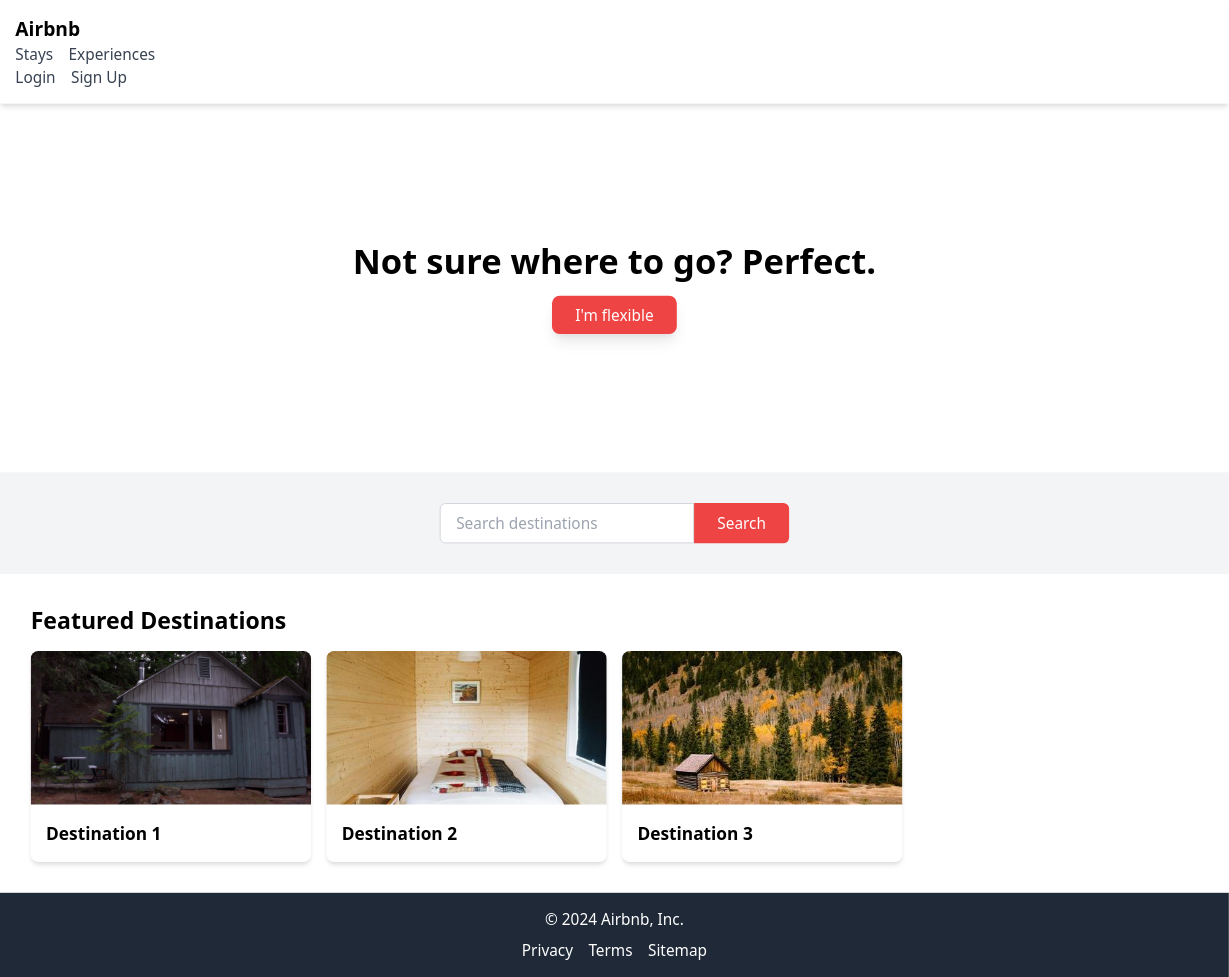
Repository: rmdayberry/Airbnb-Clone
Page: index.html
An editor plug-in stored every save of this project. The page is shown before and after the next save, followed by the edit.
The browser window is 1280 px wide. The pictures show the whole page, at 96% of full size.

Above is the page before, as saved 2024-08-13 21:10:15.

After the next save:
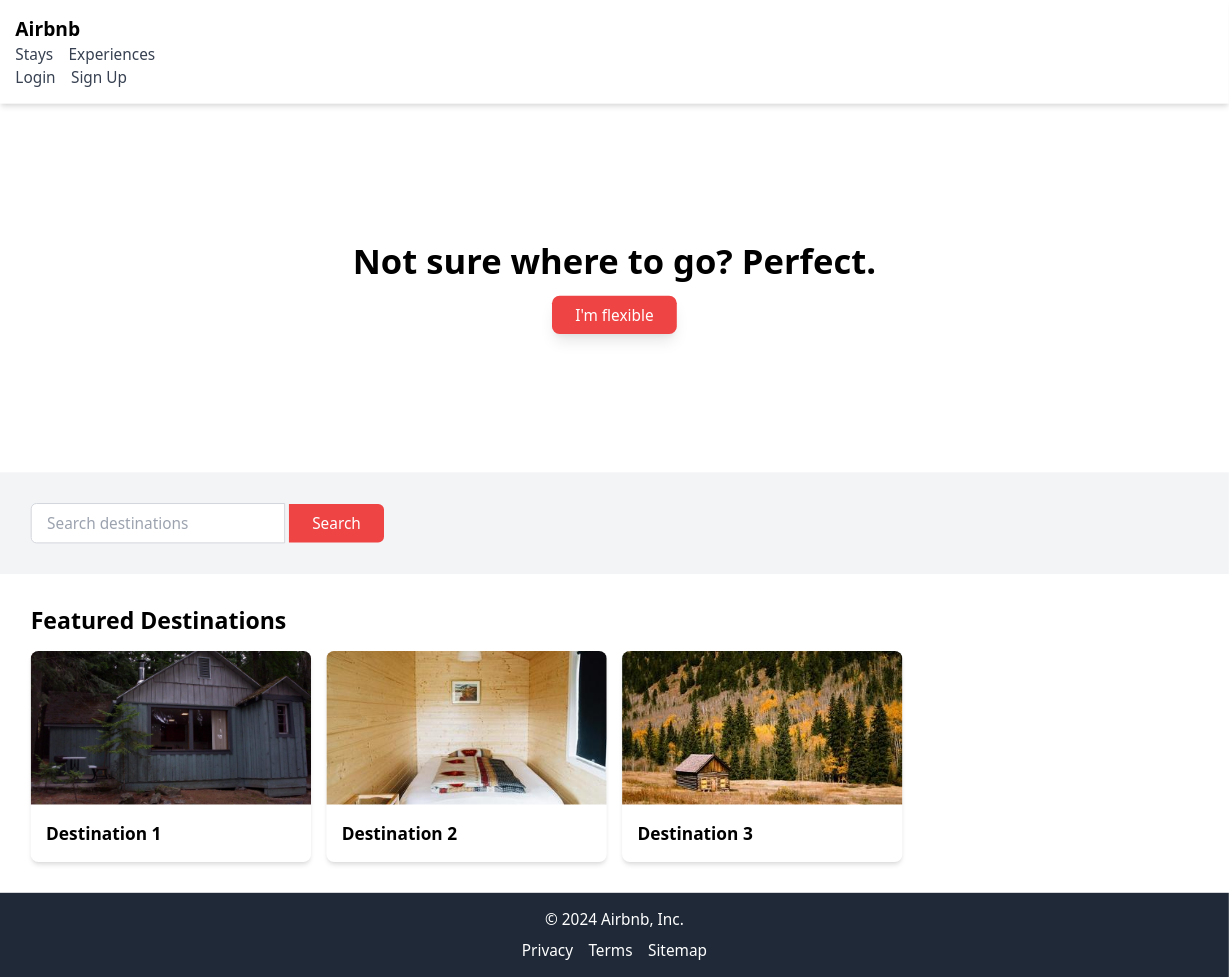
Saved 5 min 33 s later.
--- a/index.html
+++ b/index.html
@@ -37,7 +37,7 @@
     </header>
 
     <!-- Search Bar -->
-    <section class="flex justify-center py-8 bg-gray-100">
+    <section class="p-8 bg-gray-100">
       <input
         type="text"
         placeholder="Search destinations"
